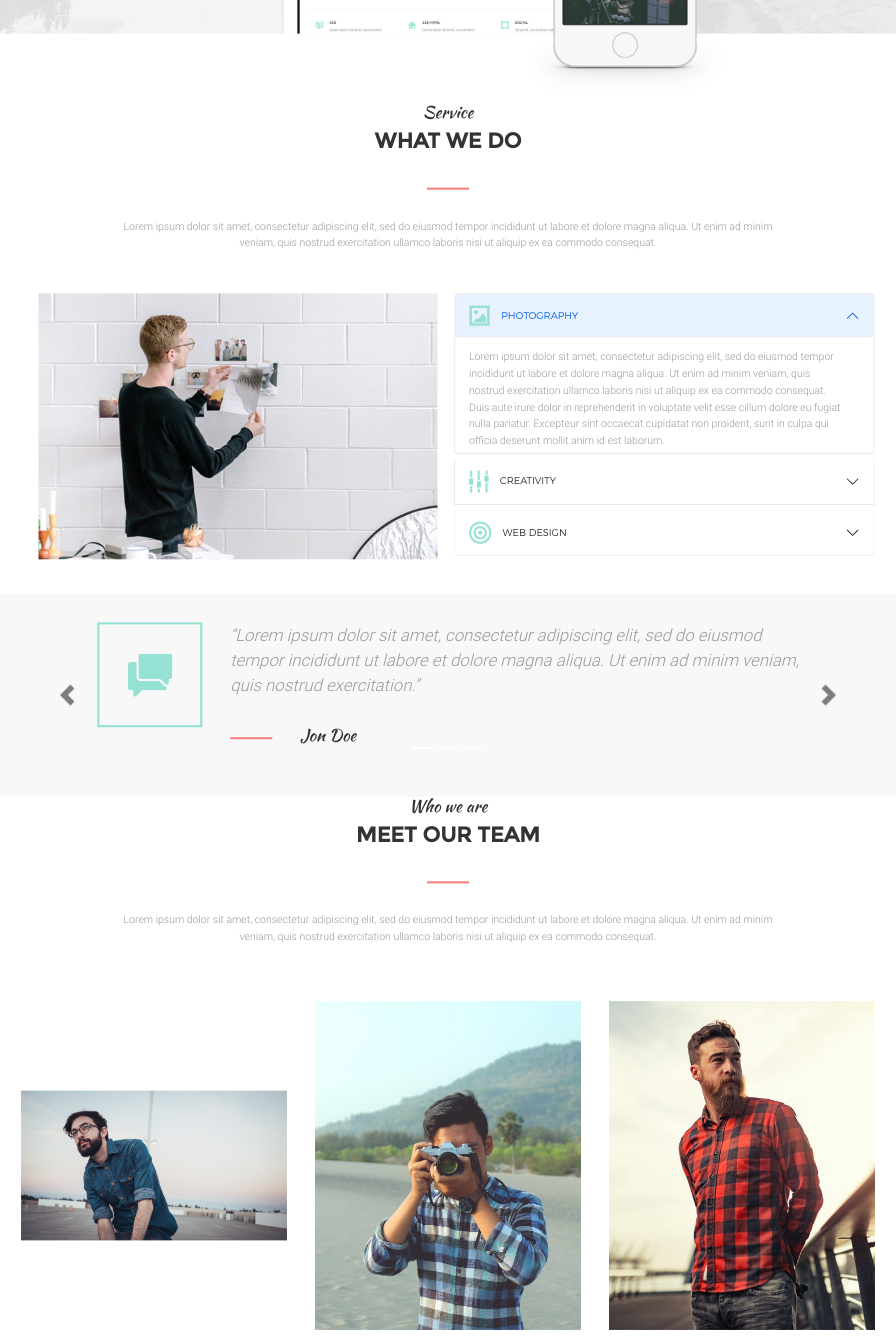
Repository: RaffiBarseghyan/mogo
Page: /
These files come from the project's save history. The page is drawn as it stood at one moment and after a run of saves; the edit follows.
The browser window is 1280 px wide. The pictures show the part of the page from y = 3380 to 5300 px (the page is 5300 px tall), at 70% of full size.
The project was rebuilt for these pictures with package versions that can differ from the ones it lists, and the page was loaded fresh each time.

Above is the page before, as saved 2023-05-12 23:26:57.

After the next 2 saves:
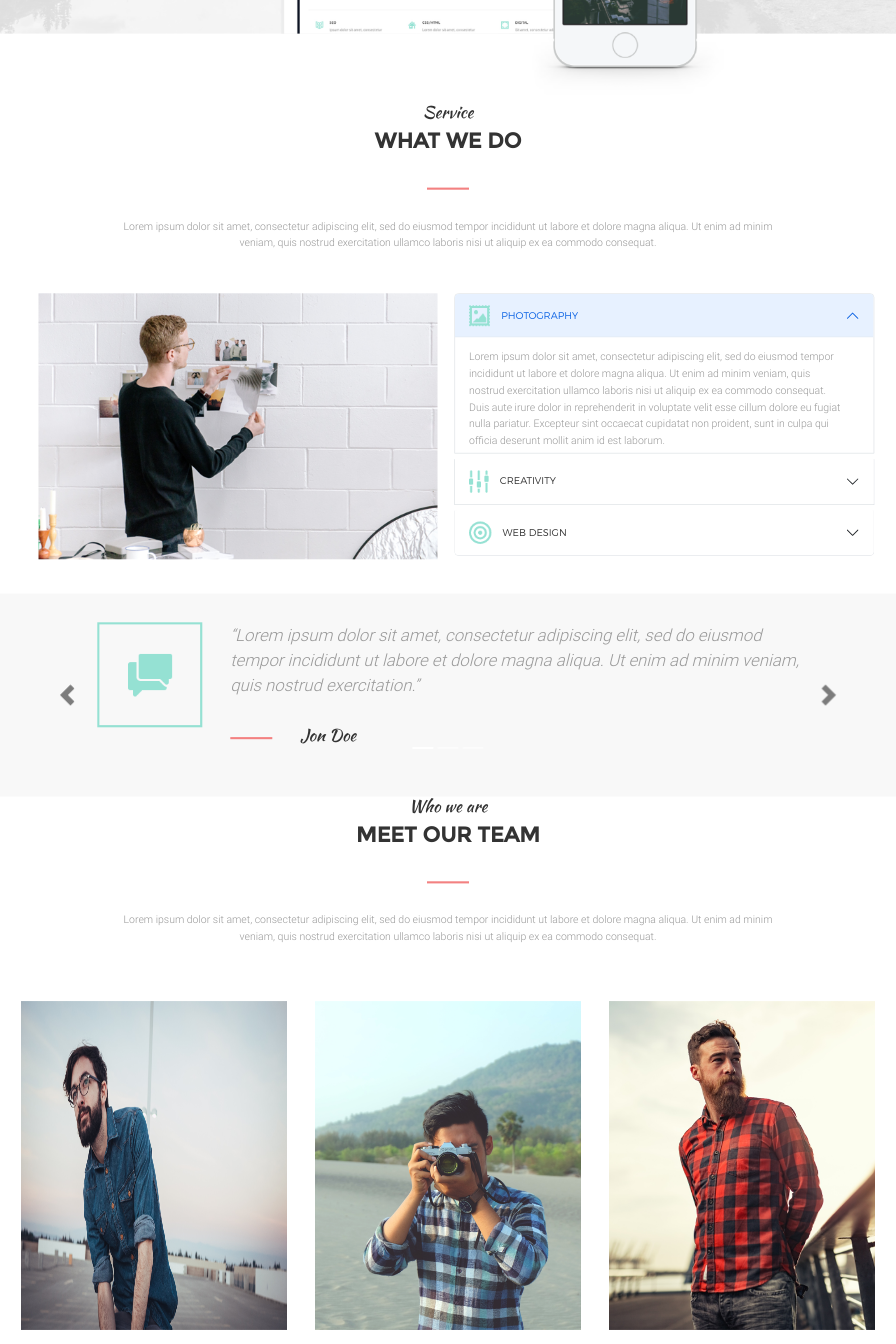
The 2 saves are shown as one change because they came seconds apart.
The last was saved 7 s later.
--- a/src/Pages/WeAre/weAre.module.scss
+++ b/src/Pages/WeAre/weAre.module.scss
@@ -101,7 +101,7 @@
 .aboutImg1 {
     width: 380px;
     height: 470px;
-    object-fit: contain !important;
+    object-fit: fill !important;
 }
 
 .imgDiv:hover {
